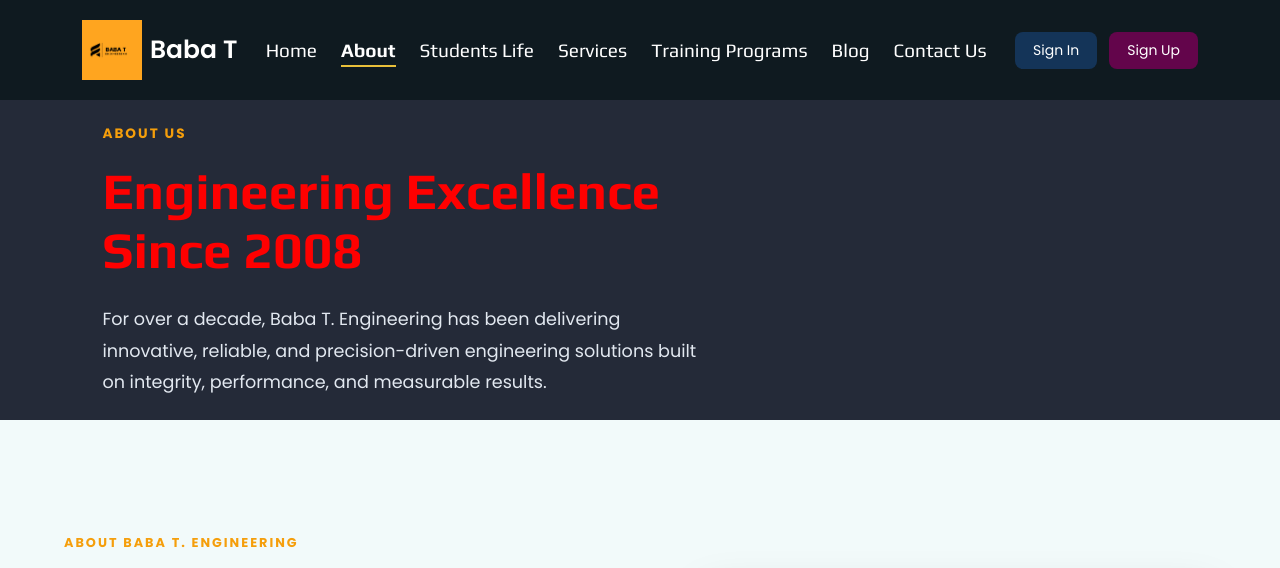
Repository: KC-Minchakpu/babatunde
Page: /about
These files come from the project's save history. The page is drawn as it stood at one moment and after the next save; the edit follows.
The browser window is 1280 px wide. The pictures show the part of the page from y = 0 to 568 px (the page is 1674 px tall).
Pictures or frames that could not be fetched are drawn as grey boxes. The project was rebuilt for these pictures with package versions that can differ from the ones it lists, and the page was loaded fresh each time. The framework's server and built-in components were replaced by stand-ins that run in the browser. Also part of the build but not shown: next.config.ts.

Above is the page before, as saved 2026-02-21 09:48:52.

After the next save:
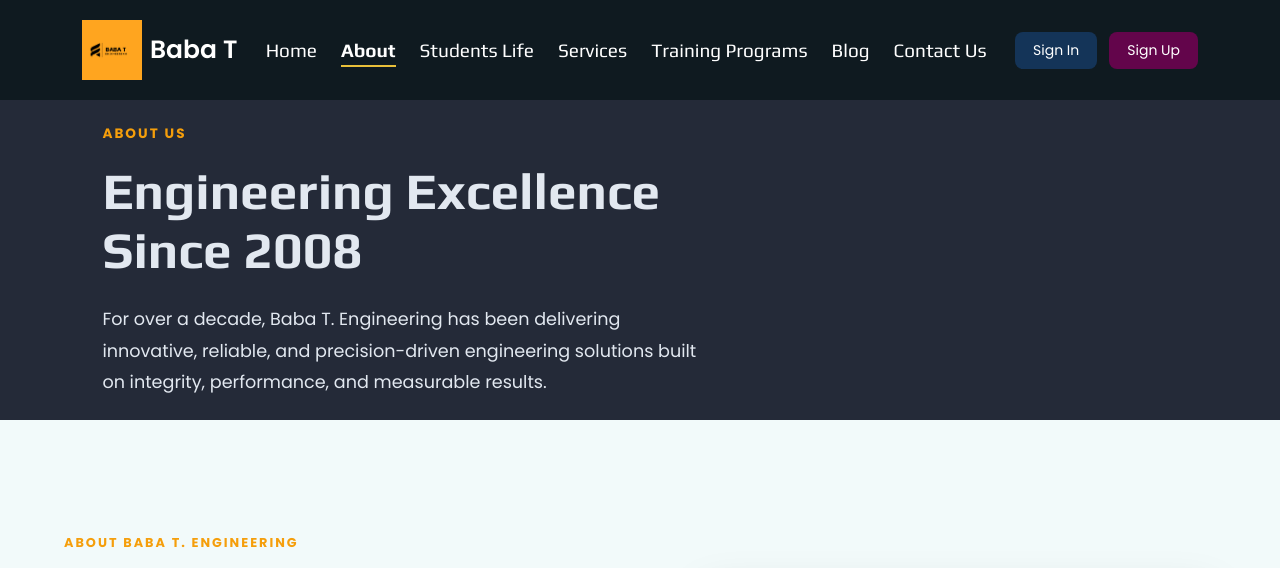
Saved 31 s later.
--- a/src/components/About/AboutHero.module.css
+++ b/src/components/About/AboutHero.module.css
@@ -38,6 +38,7 @@
   font-weight: 800;
   line-height: 1.15;
   margin-bottom: 24px;
+  color: #e2e8f0;
 }
 
 .description {
